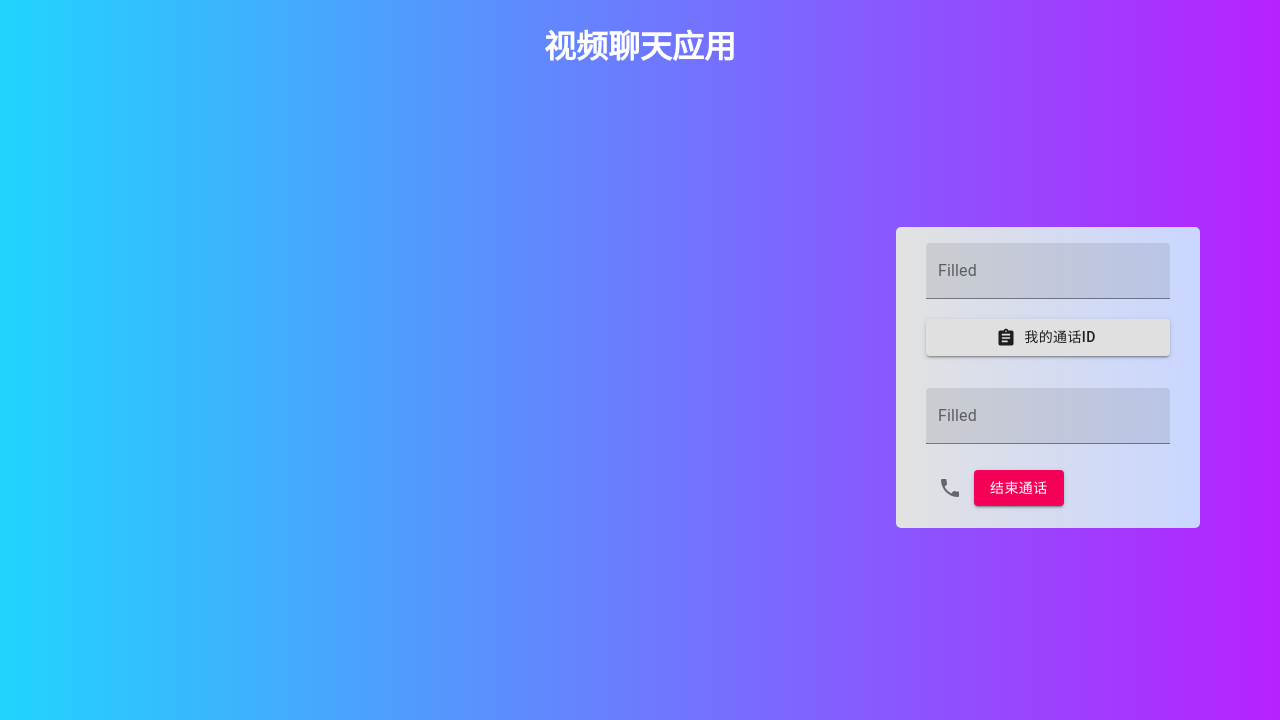
Repository: CodeFreedom-A/webRtc
Page: /
An editor plug-in stored every save of this project. The page is shown before and after the next save, followed by the edit.
The browser window is 1280 px wide. The pictures show the whole page.
The page's requests for data from a server got no answer. The project was rebuilt for these pictures with package versions that can differ from the ones it lists, and the page was loaded fresh each time. No one was signed in, and anything a server would have sent is missing.

Above is the page before, as saved 2022-12-21 17:24:27.

After the next save:
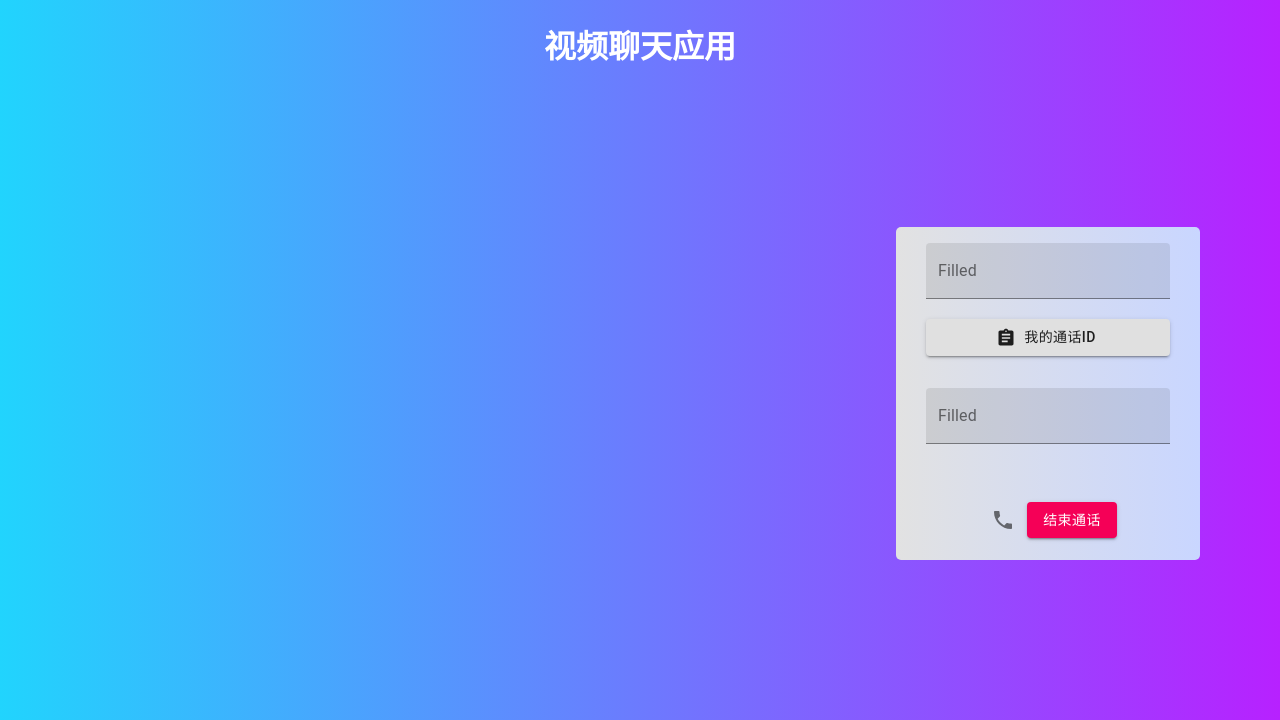
Saved 15 s later.
--- a/src/App.js
+++ b/src/App.js
@@ -80,7 +80,7 @@ function App() {
             style={{ marginBottom: "20px" }}
             onChange={(e) => setIdToCall(e.target.value)}
           />
-          <div>
+          <div className="call-button">
             <IconButton onClick={() => callUser(idToCall)}>
               <PhoneIcon></PhoneIcon>
             </IconButton>
